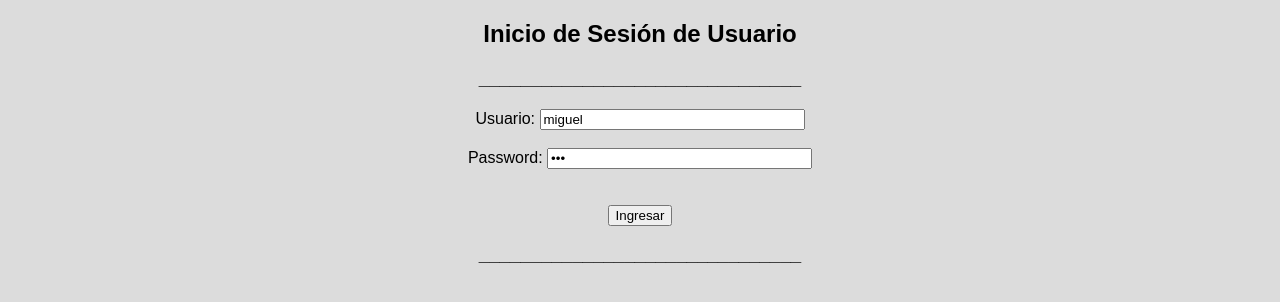
Repository: miguelalvarezcl/examen
Page: http://localhost/CtaCorriente/login.jsp
These files come from the project's save history. The page is drawn as it stood at one moment and after the next save; the edit follows.
The browser window is 1280 px wide. The pictures show the whole page.
The page is served by Tomcat 9.

Above is the page before, as saved 2021-11-13 04:08:06.

After the next save:
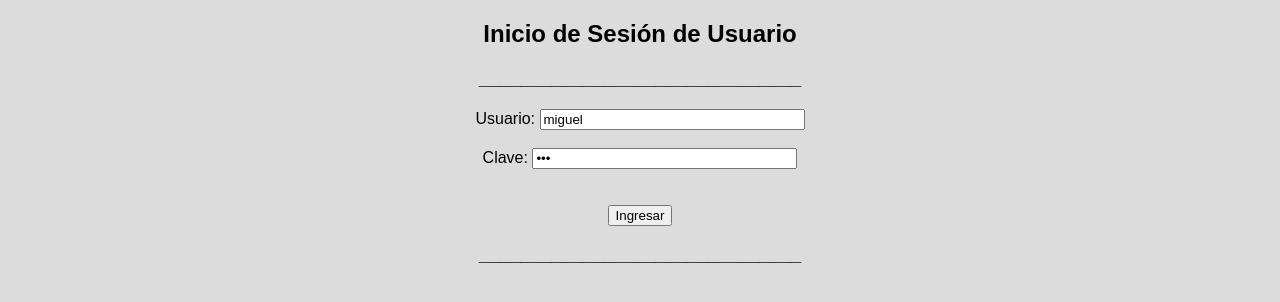
Saved 46 s later.
--- a/CtaCorriente/WebContent/login.jsp
+++ b/CtaCorriente/WebContent/login.jsp
@@ -15,7 +15,7 @@
 			<label for="usuario">Usuario:</label>
 			<input name="usuario" size="30" value = "miguel"/>
 			<br><br>
-			<label for="password">Password:</label>
+			<label for="password">Clave:</label>
 			<input type="password" name="password" size="30" value="123" />
 			<br>${message}
 			<br><br>
